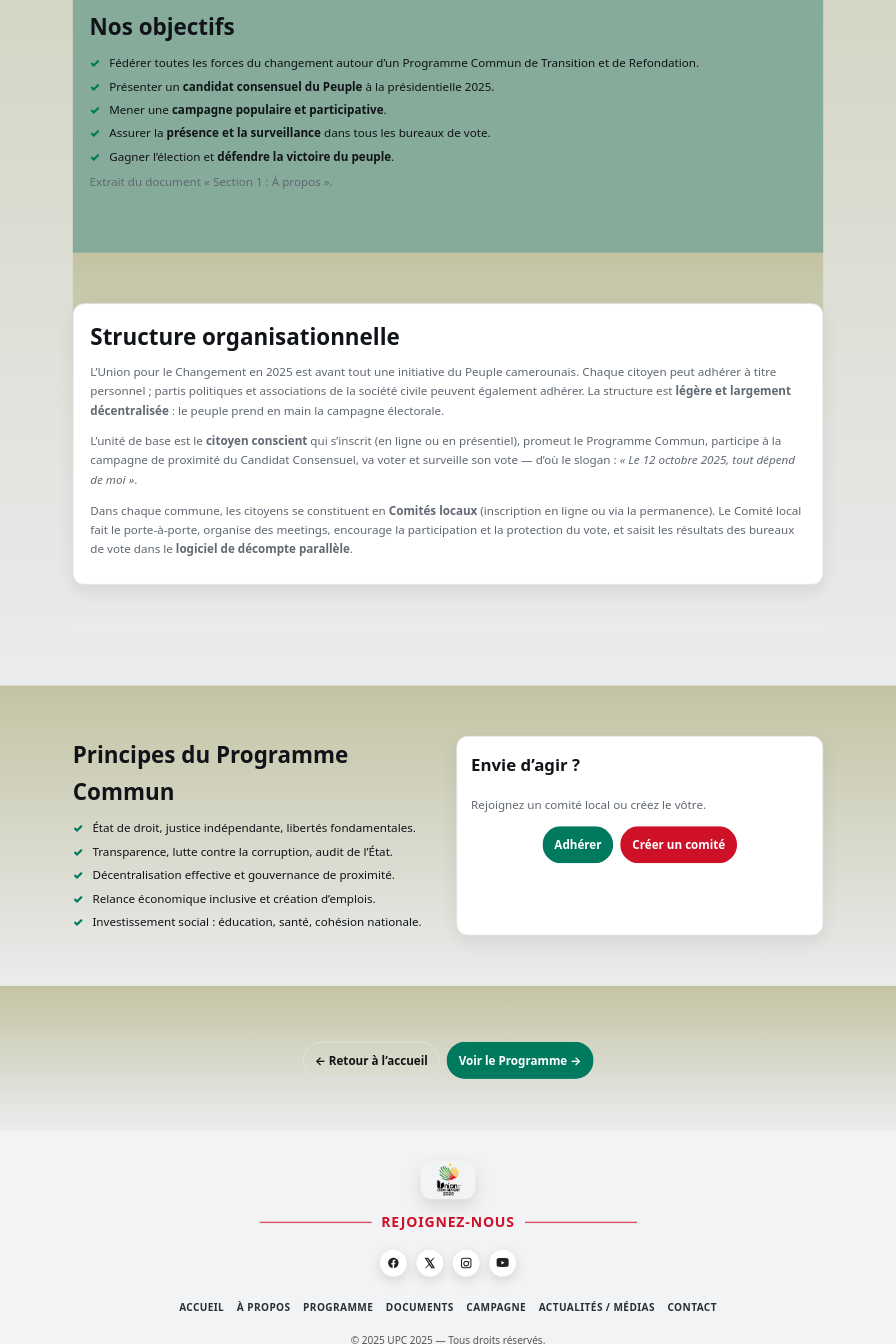
Repository: Kishny/upc2025
Page: a-propos.html
These files come from the project's save history. The page is drawn as it stood at one moment and after the next save; the edit follows.
The browser window is 1280 px wide. The pictures show the part of the page from y = 945 to 2865 px (the page is 2908 px tall before and 2872 px after), at 70% of full size.

Above is the page before, as saved 2025-09-11 23:33:54.
Console error: ReferenceError: DICT_ABOUT is not defined

### a-propos.html
<!DOCTYPE html>
<html lang="fr">
  <head>
    <meta charset="utf-8" />
    <meta name="viewport" content="width=device-width,initial-scale=1" />
    <title>À propos — UPC 2025</title>
    <meta
      name="description"
      content="Historique, mission et objectifs de la coalition UPC 2025, ainsi que les principes du Programme Commun de Transition et de Refondation."
    />
    <link rel="preload" href="assets/css/styles.css" as="style" />
    <link rel="stylesheet" href="assets/css/styles.css" />
    <link rel="icon" href="assets/img/logo.png" />
    <meta property="og:title" content="À propos — UPC 2025" />
    <meta
      property="og:description"
      content="Historique, mission, objectifs et principes du Programme Commun."
    />
    <meta property="og:image" content="assets/img/hero-1.jpg" />
    <meta name="theme-color" content="#007A5E" />
  </head>
  <body>
    <!-- Topbar -->
    <div class="topbar">
      <div class="container">
        <span class="topbar__msg" data-i18n="topbar_msg"
          >Élection présidentielle — Octobre 2025</span
        >
        <div class="topbar__actions">
          <button
            id="langToggle"
            class="btn btn--ghost"
            aria-label="Toggle language"
          >
            FR / EN
          </button>
          <a class="btn btn--ghost" href="contact.html" data-i18n="contact"
            >Contact</a
          >
        </div>
      </div>
    </div>

    <!-- Header -->
    <header class="header">
      <div class="container header__inner">
        <a href="index.html" class="brand">
          <img src="assets/img/logo.png" alt="UPC 2025" class="brand__logo" />
          <span class="brand__title">UPC 2025</span>
        </a>
        <nav id="nav" class="nav" aria-label="Navigation principale">
          <a href="a-propos.html" class="active" data-i18n="nav_about"
            >À propos</a
          >
          <a href="programme.html" data-i18n="nav_program">Programme</a>
          <a href="documents-officiels.html" data-i18n="nav_docs"
            >Documents officiels</a
          >
          <a href="campagne-populaire.html" data-i18n="nav_campaign"
            >Campagne populaire</a
          >
          <a href="adherer.html" class="nav__cta" data-i18n="nav_join"
            >Adhérer</a
          >
          <a href="actualites-medias.html" data-i18n="nav_news_media"
            >Actualités / Médias</a
          >
        </nav>
        <button id="burger" class="burger" aria-label="Menu">
          <span></span><span></span><span></span>
        </button>
      </div>
    </header>

    <!-- À PROPOS : contenu officiel -->
    <section class="section">
      <div class="container">
        <h1 data-i18n="about_title">À propos de l’UPC 2025</h1>

        <!-- Qui sommes-nous ? -->
        <div class="grid-2" style="align-items: start">
          <article class="card">
            <h2 data-i18n="about_who_title">Qui sommes-nous ?</h2>
            <p data-i18n="about_who_p1">
              L’Union pour le Changement en 2025 (UPC 2025) est une large
              coalition de partis politiques, associations de la société civile,
              personnalités et simples citoyens qui entendent se fédérer autour
              d’un Programme Commun de Transition et de Refondation et présenter
              un Candidat Consensuel du Peuple pour l’élection présidentielle
              d’octobre 2025.
            </p>
            <p data-i18n="about_who_p2">
              L’Union pour le Changement n’est pas un attelage disparate de
              candidats retenus par le Conseil Constitutionnel avec des agendas
              divergents ; c’est une <strong>Coalition du Peuple</strong>,
              ouverte à tous les citoyens et à toutes les organisations
              politiques et civiles — y compris celles dont les candidats ont
              été injustement exclus — avec un objectif commun :
              <strong
                >gagner la présidentielle 2025 et refonder le Cameroun pendant
                une période de transition de 3 à 5 ans</strong
              >.
            </p>
          </article>

          <!-- Racines historiques -->
          <aside class="card gradient-cm">
            <h2 data-i18n="about_roots_title">Racines historiques</h2>
            <p data-i18n="about_roots_p1">
              L’UPC 2025 puise ses racines dans l’Union pour le Changement de
              1992 qui avait porté la victoire (contestée) du candidat de la
              coalition Ni John Fru Ndi. Depuis, plusieurs initiatives de
              fédération ont vu le jour : Front des Forces Alternatives (FFA),
              Stand Up for Cameroon (SUFC), Cadre Citoyen de Concertation (C3),
              Alliance pour la Transition et la Refondation (ATR), etc.
            </p>
            <p data-i18n="about_roots_p2">
              En tirant les leçons du passé, le « Groupe de Douala », sous la
              houlette d’Anicet Ekane, Djeukam Tchameni et Sam Mbaka, a
              structuré l’appel du peuple pour mutualiser les forces du
              changement, aboutissant à un
              <strong>Programme Commun de Transition et de Refondation</strong>
              et à un <strong>processus transparent</strong> de choix d’un
              Candidat Consensuel du Peuple.
            </p>
          </aside>
        </div>

        <!-- Nos objectifs -->
        <section class="section section--alt" style="margin-top: 16px">
          <div class="container">
            <h2 data-i18n="about_goals_title">Nos objectifs</h2>
            <ul class="checklist">
              <li data-i18n="about_goals_1">
                Fédérer toutes les forces du changement autour d’un Programme
                Commun de Transition et de Refondation.
              </li>
              <li data-i18n="about_goals_2">
                Présenter un <strong>candidat consensuel du Peuple</strong> à la
                présidentielle 2025.
              </li>
              <li data-i18n="about_goals_3">
                Mener une <strong>campagne populaire et participative</strong>.
              </li>
              <li data-i18n="about_goals_4">
                Assurer la <strong>présence et la surveillance</strong> dans
                tous les bureaux de vote.
              </li>
              <li data-i18n="about_goals_5">
                Gagner l’élection et
                <strong>défendre la victoire du peuple</strong>.
              </li>
            </ul>
            <p
              class="muted"
              style="margin-top: 8px"
              data-i18n="about_source_note"
            >
              Extrait du document « Section 1 : À propos ».
            </p>
          </div>
        </section>

        <!-- Structure organisationnelle -->
        <section class="section">
          <div class="container card">
            <h2 data-i18n="about_org_title">Structure organisationnelle</h2>
            <p data-i18n="about_org_p1">
              L’Union pour le Changement en 2025 est avant tout une initiative
              du Peuple camerounais. Chaque citoyen peut adhérer à titre
              personnel ; partis politiques et associations de la société civile
              peuvent également adhérer. La structure est
              <strong>légère et largement décentralisée</strong> : le peuple
              prend en main la campagne électorale.
            </p>
            <p data-i18n="about_org_p2">
              L’unité de base est le <strong>citoyen conscient</strong> qui
              s’inscrit (en ligne ou en présentiel), promeut le Programme
              Commun, participe à la campagne de proximité du Candidat
              Consensuel, va voter et surveille son vote — d’où le slogan :
              <em>« Le 12 octobre 2025, tout dépend de moi »</em>.
            </p>
            <p data-i18n="about_org_p3">
              Dans chaque commune, les citoyens se constituent en
              <strong>Comités locaux</strong> (inscription en ligne ou via la
              permanence). Le Comité local fait le porte-à-porte, organise des
              meetings, encourage la participation et la protection du vote, et
              saisit les résultats des bureaux de vote dans le
              <strong>logiciel de décompte parallèle</strong>.
            </p>
          </div>
        </section>
      </div>
    </section>

    <!-- Principes du Programme Commun -->
    <section class="section">
      <div class="container grid-2">
        <div>
          <h2 data-i18n="about_principles_title">
            Principes du Programme Commun
          </h2>
          <ul class="checklist">
            <li data-i18n="about_pr_1">
              État de droit, justice indépendante, libertés fondamentales.
            </li>
            <li data-i18n="about_pr_2">
              Transparence, lutte contre la corruption, audit de l’État.
            </li>
            <li data-i18n="about_pr_3">
              Décentralisation effective et gouvernance de proximité.
            </li>
            <li data-i18n="about_pr_4">
              Relance économique inclusive et création d’emplois.
            </li>
            <li data-i18n="about_pr_5">
              Investissement social : éducation, santé, cohésion nationale.
            </li>
          </ul>
        </div>
        <div class="card">
          <h3 data-i18n="about_cta_title">Envie d’agir ?</h3>
          <p data-i18n="about_cta_text">
            Rejoignez un comité local ou créez le vôtre.
          </p>
          <div class="hero__cta">
            <a
              href="participez.html#adhesion"
              class="btn btn--primary"
              data-i18n="cta_join"
              >Adhérer</a
            >
            <a
              href="participez.html#comite"
              class="btn btn--secondary"
              data-i18n="cta_create_committee"
              >Créer un comité</a
            >
          </div>
        </div>
      </div>
    </section>

    <!-- Boutons de navigation -->
    <section class="section">
      <div class="container hero__cta">
        <a href="index.html" class="btn btn--outline">← Retour à l’accueil</a>
        <a href="programme.html" class="btn btn--primary"
          >Voir le Programme →</a
        >
      </div>
    </section>

    <!-- Footer (version clean) -->
    <footer class="footer footer--clean">
      <div class="container footer__wrap">
        <img src="assets/img/logo.png" alt="UPC 2025" class="footer__logo" />
        <div class="footer__titleline">
          <span class="footer__line"></span>
          <h3 class="footer__title">REJOIGNEZ-NOUS</h3>
          <span class="footer__line"></span>
        </div>
        <ul class="footer__socials">
          <li>
            <a class="sbtn" href="#" aria-label="Facebook" title="Facebook"
              ><svg
                viewBox="0 0 24 24"
                width="18"
                height="18"
                fill="currentColor"
              >
                <path
                  d="M22 12.06C22 6.49 17.52 2 12 2S2 6.49 2 12.06c0 5.02 3.66 9.18 8.44 9.94v-7.03H8.08v-2.9h2.36V9.41c0-2.33 1.39-3.61 3.52-3.61.99 0 2.02.18 2.02.18v2.23h-1.14c-1.12 0-1.47.7-1.47 1.42v1.71h2.5l-.4 2.9h-2.1V22c4.78-.76 8.44-4.92 8.44-9.94z"
                /></svg
            ></a>
          </li>
          <li>
            <a class="sbtn" href="#" aria-label="X" title="X"
              ><svg
                viewBox="0 0 24 24"
                width="18"
                height="18"
                fill="currentColor"
              >
                <path
                  d="M18.9 2H21l-6.47 7.39L22 22h-6.86l-4.69-6.12L4.9 22H3l6.92-7.91L2 2h6.97l4.27 5.73L18.9 2zm-2.41 18h1.35L7.63 4H6.2l10.29 16z"
                /></svg
            ></a>
          </li>
          <li>
            <a class="sbtn" href="#" aria-label="Instagram" title="Instagram"
              ><svg
                viewBox="0 0 24 24"
                width="18"
                height="18"
                fill="currentColor"
              >
                <path
                  d="M7 2h10a5 5 0 0 1 5 5v10a5 5 0 0 1-5 5H7a5 5 0 0 1-5-5V7a5 5 0 0 1 5-5zm0 2a3 3 0 0 0-3 3v10a3 3 0 0 0 3 3h10a3 3 0 0 0 3-3V7a3 3 0 0 0-3-3H7zm5 3.5a5.5 5.5 0 1 1 0 11 5.5 5.5 0 0 1 0-11zm0 2a3.5 3.5 0 1 0 0 7 3.5 3.5 0 0 0 0-7zm5.25-.75a1 1 0 1 1 0 2 1 1 0 0 1 0-2z"
                /></svg
            ></a>
          </li>
          <li>
            <a class="sbtn" href="#" aria-label="YouTube" title="YouTube"
              ><svg
                viewBox="0 0 24 24"
                width="18"
                height="18"
                fill="currentColor"
              >
                <path
                  d="M23.5 6.2s-.23-1.64-.94-2.35c-.9-.94-1.9-.95-2.36-1C16.5 2.5 12 2.5 12 2.5s-4.5 0-8.2.35c-.46.06-1.46.06-2.36 1C.73 4.55.5 6.2.5 6.2S.25 8.1.25 10v1.99c0 1.9.25 3.8.25 3.8s.23 1.64.94 2.35c.9.94 2.09.91 2.62 1.02C6.14 19.4 12 19.5 12 19.5s4.5 0 8.2-.35c.46-.06 1.46-.06 2.36-1 .71-.71.94-2.35.94-2.35s.25-1.9.25-3.8V10c0-1.9-.25-3.8-.25-3.8zM9.75 15.02V7.98l6.01 3.52-6.01 3.52z"
                /></svg
            ></a>
          </li>
        </ul>
        <nav class="footer__nav">
          <a href="index.html">Accueil</a>
          <a href="a-propos.html">À propos</a>
          <a href="programme.html">Programme</a>
          <a href="documents-officiels.html">Documents</a>
          <a href="campagne-populaire.html">Campagne</a>
          <a href="actualites-medias.html">Actualités / Médias</a>
          <a href="contact.html">Contact</a>
        </nav>
        <small class="footer__copy"
          >© <span id="year"></span> UPC 2025 —
          <span data-i18n="rights">Tous droits réservés.</span></small
        >
      </div>
    </footer>

    <script src="assets/js/app.js" defer></script>
  </body>
</html>

Loaded but not shown: assets/js/app.js (1298 lines, source omitted); assets/css/styles.css (1967 lines, source omitted)

After the next save:
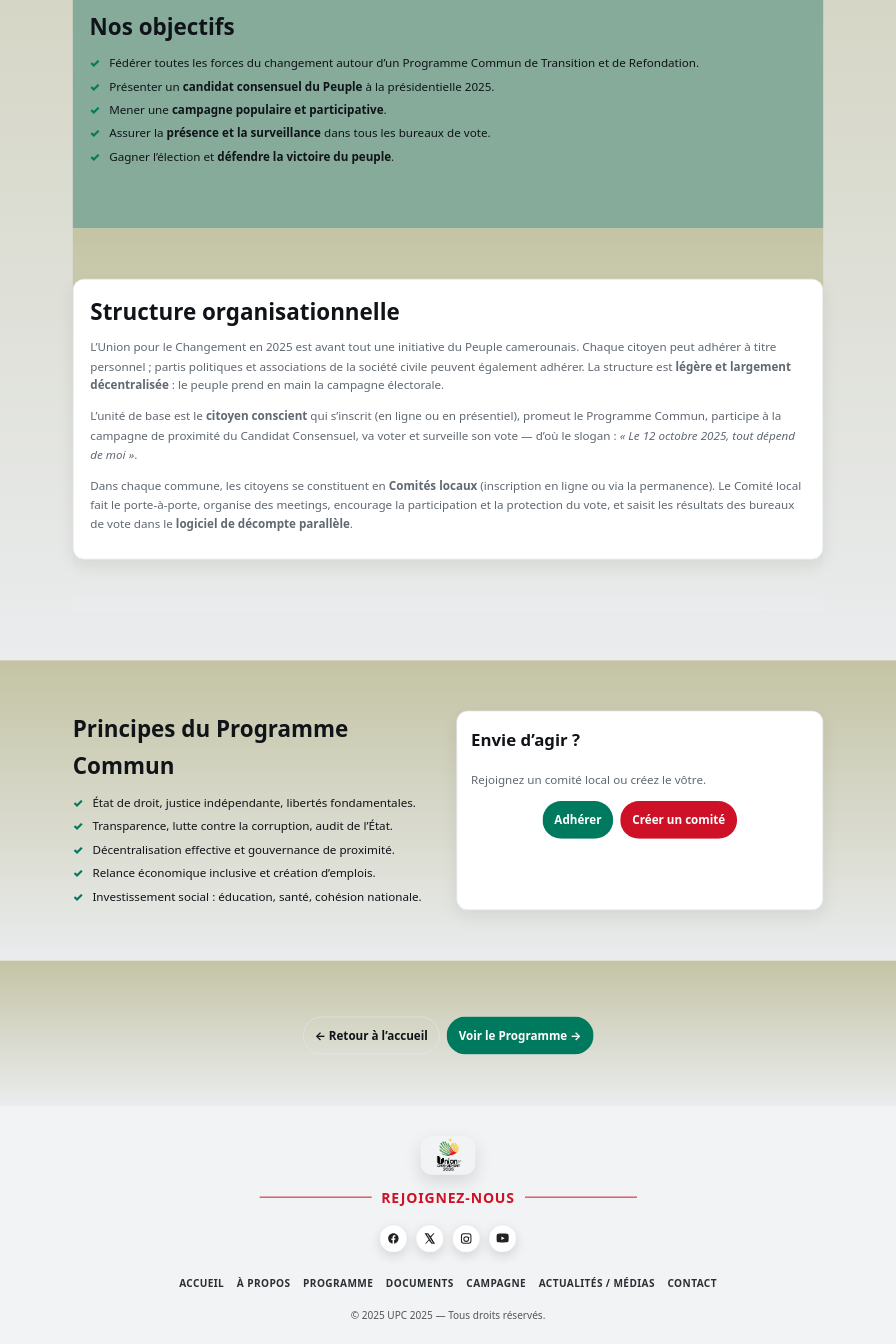
Saved 62 s later.
--- a/a-propos.html
+++ b/a-propos.html
@@ -155,9 +155,7 @@
               class="muted"
               style="margin-top: 8px"
               data-i18n="about_source_note"
-            >
-              Extrait du document « Section 1 : À propos ».
-            </p>
+            ></p>
           </div>
         </section>
 
